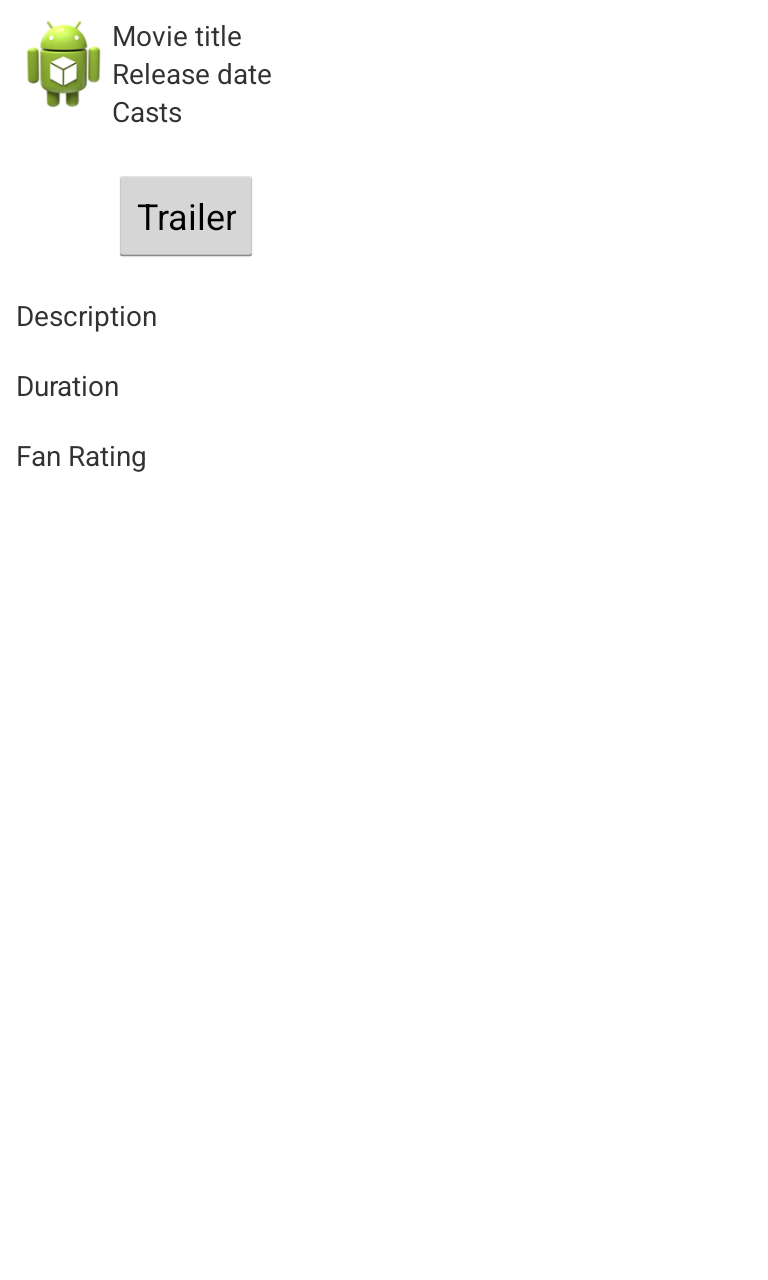
Repository: movieexample12/movieexample
Layout: Movies5/res/layout/details.xml
An editor plug-in stored every save of this project. The layout is shown before and after the next save, followed by the edit.
It is drawn on a 768 x 1280 px phone screen (xhdpi) without system bars, with theme AppTheme; the app's code is not run.

Above is the layout before, as saved 2013-01-10 12:26:11.

### Movies5/res/layout/details.xml
<?xml version="1.0" encoding="utf-8"?>
<LinearLayout android:id="@+id/activity_details"
    xmlns:android="http://schemas.android.com/apk/res/android"
    android:orientation="vertical"
    android:layout_height="fill_parent"
    android:layout_width="fill_parent">

    <LinearLayout android:layout_width="fill_parent"
	    android:layout_height="wrap_content"
	    android:orientation="horizontal"
	    android:padding="8dp" >
	    <ImageView
	        android:id="@+id/poster"
		    android:layout_width="wrap_content"
		    android:layout_height="wrap_content"
		    android:src="@drawable/ic_launcher"
		    android:contentDescription="@drawable/ic_launcher" />
	    <LinearLayout android:layout_width="fill_parent"
		    android:layout_height="wrap_content"
		    android:orientation="vertical" >
		    <TextView
		        android:id="@+id/title"
		        android:layout_width="match_parent"
		        android:layout_height="match_parent"
		        android:gravity="center_vertical"
		        android:text="@string/title"/>
		    <TextView
		        android:id="@+id/release"
		        android:layout_width="match_parent"
		        android:layout_height="match_parent"
		        android:gravity="center_vertical"
		        android:text="@string/release_date"/>
		    <TextView
		        android:id="@+id/casts_title"
		        android:layout_width="match_parent"
		        android:layout_height="wrap_content"
		        android:gravity="center_vertical"
			    android:text="@string/casts_title"/>
		    <TextView
		        android:id="@+id/casts"
		        android:layout_width="match_parent"
		        android:layout_height="wrap_content"
		        android:gravity="center_vertical"/>
		    <Button
		        android:layout_height="wrap_content"
			    android:layout_width="wrap_content"
			    android:text="@string/trailer_label"
			    android:onClick="watchTrailer"
		        />
	    </LinearLayout>

    </LinearLayout>

    <TextView
        android:id="@+id/description"
        android:layout_width="match_parent"
        android:layout_height="wrap_content"
        android:gravity="top"
	    android:text="@string/description"
	    android:padding="8dp"
	    />

	<LinearLayout android:layout_width="match_parent"
	    android:layout_height="wrap_content"
	    android:orientation="horizontal"
	    android:gravity="top"
	    android:padding="8dp">
		<TextView
	        android:layout_width="match_parent"
	        android:layout_height="wrap_content"
	        android:gravity="center_vertical"
		    android:text="@string/duration"
		    />
	    <TextView
	        android:id="@+id/runtime"
	        android:layout_width="match_parent"
	        android:layout_height="wrap_content"
	        android:gravity="center_vertical"/>
	</LinearLayout>

	<LinearLayout android:layout_width="match_parent"
	    android:layout_height="wrap_content"
	    android:orientation="horizontal"
	    android:gravity="top"
	    android:padding="8dp">
		<TextView
	        android:layout_width="match_parent"
	        android:layout_height="wrap_content"
	        android:gravity="center_vertical"
		    android:text="@string/rating"/>
	    <TextView
	        android:id="@+id/rating"
	        android:layout_width="match_parent"
	        android:layout_height="wrap_content"
	        android:gravity="center_vertical"/>
	</LinearLayout>
</LinearLayout>

### Movies5/res/values/strings.xml
<?xml version="1.0" encoding="utf-8"?>
<resources>

    <string name="title">Movie title</string>
    <string name="duration">Duration</string>
    <string name="app_name">movies</string>
    <string name="error_loading_items">An error happened while loading data</string>
    <string name="loading">Loading&#8230;</string>
    <string name="release_date">Release date</string>
    <string name="actors">Actors</string>
	<string name="description">Description</string>
    <string name="search_hint">Search&#8230;</string>
    <string name="app_label">Movies</string>
    <string name="search_title">Search</string>
    <string name="storage_is_external">External storage</string>
    <string name="preferences_title">Settings</string>
    <string name="rblanguage_en">EN</string>
    <string name="rblanguage_ua">UA</string>
    <string name="limitOfMovies">Limit of movies</string>
    <string name="limit_button">Set Limit</string>
    <string name="ok">OK</string>
    <string name="title_dialog">Limit should be &lt;5 and &gt;20! Now it will be set to 10. </string>
    <string name="external_device_does_not_work">External device does not work. </string>
    <string name="trailer_label">Trailer</string>
    <string name="no_trailer_label">There are no trailer for this movie.</string>
    <string name="cinema_details">Details of cinema</string>
    <string name="tickets">Tickets</string>
    <string name="display_options_menu_item">Options</string>
    <string name="display_options_custom_button">Options Custom</string>
    <string name="pref_language">Language</string>
    <string name="pref_language_default">EN</string>
    <string name="settings">Settings</string>
    <string name="getting_movie_">Getting movie: </string>
    <string name="casts_title">Casts</string>
    <string name="rating">Fan Rating</string>
    <string name="theaters">Theaters</string>
    <string name="distance_gps">Distance(for GPS)</string>

</resources>

Loaded but not shown: Movies5/res/values/styles.xml (common file); Movies5/res/values-v11/styles.xml (common file); Movies5/res/values-v14/styles.xml (common file)

After the next save:
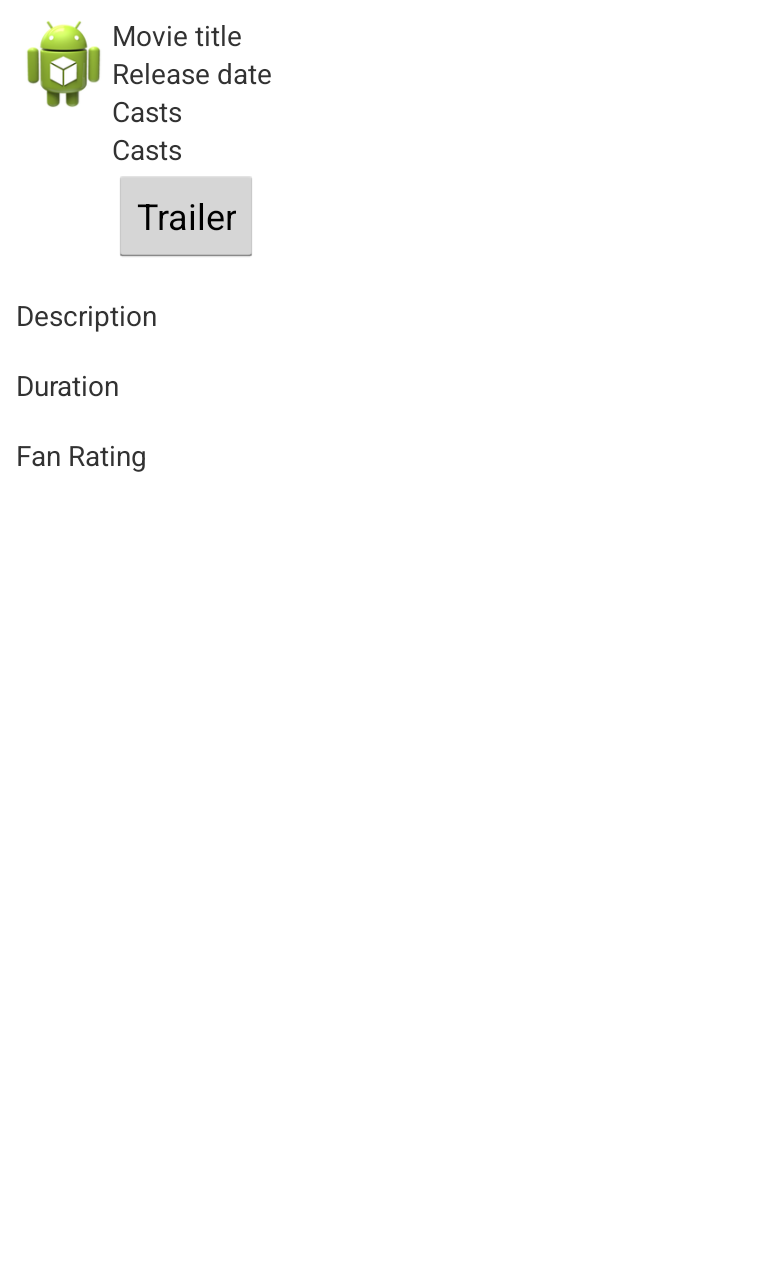
Saved 2 min 27 s later.
--- a/Movies5/res/layout/details.xml
+++ b/Movies5/res/layout/details.xml
@@ -40,7 +40,8 @@
 		        android:id="@+id/casts"
 		        android:layout_width="match_parent"
 		        android:layout_height="wrap_content"
-		        android:gravity="center_vertical"/>
+		        android:gravity="center_vertical"
+		         android:text="@string/casts_title"/>
 		    <Button
 		        android:layout_height="wrap_content"
 			    android:layout_width="wrap_content"
